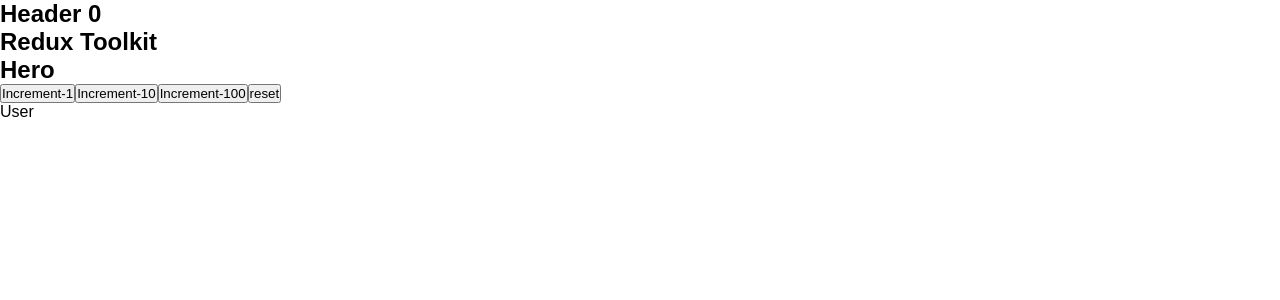
Repository: SitoraRashidova/userCrudFront
Page: /
The author's editor kept a copy of each file at every save. The page is drawn from the files as they stood at one save, then again after the next save.
The browser window is 1280 px wide. The pictures show the whole page.
The project was rebuilt for these pictures with package versions that can differ from the ones it lists, and the page was loaded fresh each time. Also part of the build but not shown: vite.config.js, src/components/Product.jsx, src/components/Wishlist.jsx.

Above is the page before, as saved 2024-12-10 00:24:52.

After the next save:
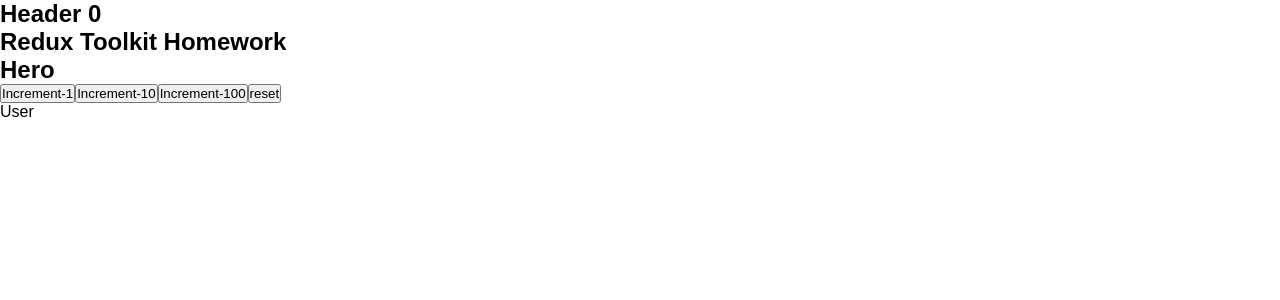
Saved 11 s later.
--- a/src/App.jsx
+++ b/src/App.jsx
@@ -8,7 +8,7 @@
   return (
     <>
       <Header />
-      <h2>Redux Toolkit</h2>
+      <h2>Redux Toolkit Homework</h2>
       <Hero />
       {/* <Product />
       <Wishlist /> */}
